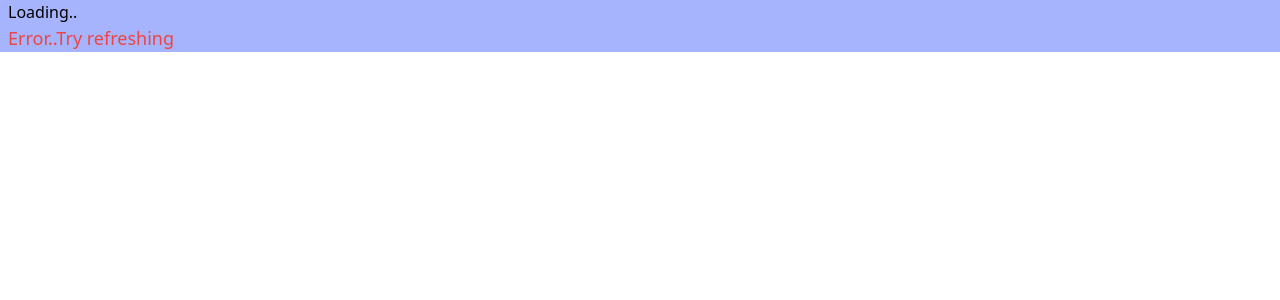
Repository: ShamroOoz/Github-job-api-React-Tailwind
Page: /
The author's editor kept a copy of each file at every save. The page is drawn from the files as they stood at one save, then again after the next save.
The browser window is 1280 px wide. The pictures show the whole page.
The page's requests for data from a server got no answer. The project was rebuilt for these pictures with package versions that can differ from the ones it lists, and the page was loaded fresh each time. No one was signed in, and anything a server would have sent is missing. Also part of the build but not shown: craco.config.js.

Above is the page before, as saved 2021-03-03 14:38:22.

### src/App.js
import { useFetch } from "./components/Hooks/useFetch";
import { useState } from "react";

function App() {
  const [params, setparam] = useState({});
  const [page, setpage] = useState(1);
  const { jobs, loading, error } = useFetch(params, page);
  return (
    <>
      <div></div>
      <div className="px-2 bg-indigo-300">
        {loading && <div>Loading..</div>}
        {error && (
          <div className="text-lg text-red-500">Error..Try refreshing</div>
        )}
        <div>
          {jobs && jobs.map((job) => <div key={job.id}>{job.title}</div>)}
        </div>
      </div>
    </>
  );
}

export default App;

### src/components/Hooks/useFetch.js
import { useReducer, useEffect } from "react";
import axios, { CancelToken } from "axios";
import { reducer } from "./Reduce";

const BASE_URL =
  "https://secret-ocean-49799.herokuapp.com/https://jobs.github.com/positions.json";

const initialState = {
  jobs: [],
  loading: false,
  error: false,
};

export const useFetch = (params, page) => {
  const [state, dispatch] = useReducer(reducer, initialState);

  //useeffect hook to get data
  useEffect(() => {
    const cancelToken = CancelToken.source();
    dispatch({ type: "make_request", payload: "" });
    axios
      .get(BASE_URL, {
        cancelToken: cancelToken.token,
        params: {
          markdown: true,
          page: page,
          ...params,
        },
      })
      .then((res) => {
        dispatch({ type: "get_data", payload: res.data });
        console.log(res.data);
      })
      .catch((err) => {
        if (axios.isCancel(err)) return;
        dispatch({ type: "error", payload: err });
      });
    //clean up
    return () => {
      cancelToken.cancel();
    };
  }, [page, params]);

  return state;
};

### src/components/Hooks/Reduce.js
const ACTIONS = {
  MAKE_REQUEST: "make_request",
  GET_DATA: "get_data",
  ERROR: "error",
};

export const reducer = (state, action) => {
  switch (action.type) {
    case ACTIONS.MAKE_REQUEST:
      return { ...state, loading: true };
    case ACTIONS.GET_DATA:
      return {
        ...state,
        loading: false,
        jobs: action.payload,
      };
    case ACTIONS.ERROR:
      return { ...state, error: true };
    default:
      return state;
  }
};

Loaded but not shown: public/index.html (common file); src/index.js (common file); src/index.css (common file); tailwind.config.js (common file)

After the next save:
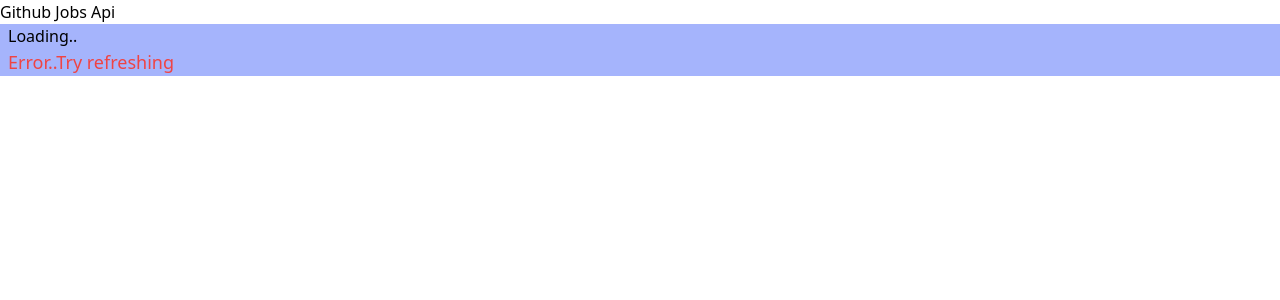
Saved 17 s later.
--- a/src/App.js
+++ b/src/App.js
@@ -7,7 +7,9 @@
   const { jobs, loading, error } = useFetch(params, page);
   return (
     <>
-      <div></div>
+      <div>
+        <h3>Github Jobs Api</h3>
+      </div>
       <div className="px-2 bg-indigo-300">
         {loading && <div>Loading..</div>}
         {error && (
